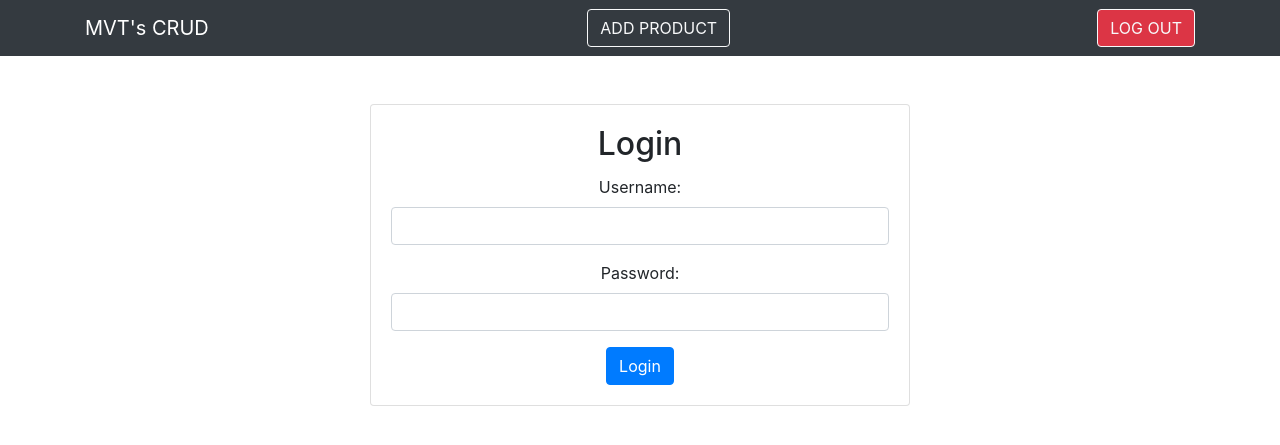
Repository: tammv/crud_product
Page: /login
An editor plug-in stored every save of this project. The page is shown before and after a run of saves, followed by the edit.
The browser window is 1280 px wide. The pictures show the whole page.
The project was rebuilt for these pictures with package versions that can differ from the ones it lists, and the page was loaded fresh each time. Also part of the build but not shown: src/index.css, src/components/pages/ManageProduct.js, src/components/products/UpdateProduct.js, src/components/products/Product.js, src/components/products/AddProduct.js.

Above is the page before, as saved 2023-07-11 02:41:27.

### src/App.js
// // import React, { useState } from "react";
// // import { BrowserRouter as Router, Route, Routes, Outlet } from "react-router-dom";
// // import ManageProduct from "./components/pages/ManageProduct";
// // import Navbar from "./components/layout/Navbar";
// // import NotFound from "./components/pages/NotFound";
// // import UpdateProduct from "./components/products/UpdateProduct";
// // import Product from "./components/products/Product";
// // import AddProduct from "./components/products/AddProduct";
// // import Login from "./components/pages/Login";
// // import "../node_modules/bootstrap/dist/css/bootstrap.css";
// // import "./App.css";

// // function App() {
// //   const [isAuthenticated, setIsAuthenticated] = useState(false);

// //   const handleLogin = () => {
// //     setIsAuthenticated(true);
// //   };

// //   return (
// //     <Router>
// //       <div className="App">
// //         <Navbar />
// //         <Routes>
// //           <Route path="/" element={isAuthenticated ? <Outlet /> : <Login handleLogin={handleLogin} />} />
// //           {isAuthenticated && (
// //             <>
// //               <Route path="/manage-product" element={<ManageProduct />} />
// //               <Route path="/products/add" element={<AddProduct />} />
// //               <Route path="/products/update/:id" element={<UpdateProduct />} />
// //               <Route path="/products/:id" element={<Product />} />
// //             </>
// //           )}
// //           <Route path="*" element={<NotFound />} />
// //         </Routes>
// //       </div>
// //     </Router>
// //   );
// // }

// // export default App;

// import React, { useState } from "react";
// import { BrowserRouter as Router, Route, Routes, Outlet } from "react-router-dom";
// import ManageProduct from "./components/pages/ManageProduct";
// import Navbar from "./components/layout/Navbar";
// import NotFound from "./components/pages/NotFound";
// import UpdateProduct from "./components/products/UpdateProduct";
// import Product from "./components/products/Product";
// import AddProduct from "./components/products/AddProduct";
// import Login from "./components/pages/Login";
// import "../node_modules/bootstrap/dist/css/bootstrap.css";
// import "./App.css";

// function App() {
//   const [isAuthenticated, setIsAuthenticated] = useState(false);

//   const handleLogin = () => {
//     setIsAuthenticated(true);
//   };

//   return (
//     <Router>
//       <div className="App">
//         {isAuthenticated && <Navbar />} {/* Navbar chỉ được hiển thị khi đã đăng nhập */}
//         <Routes>
//           <Route path="/" element={isAuthenticated ? <Outlet /> : <Login handleLogin={handleLogin} />} />
//           {isAuthenticated && (
//             <>
//               <Route path="/manage-product" element={<ManageProduct />} />
//               <Route path="/products/add" element={<AddProduct />} />
//               <Route path="/products/update/:id" element={<UpdateProduct />} />
//               <Route path="/products/:id" element={<Product />} />
//             </>
//           )}
//           <Route path="*" element={<NotFound />} />
//         </Routes>
//       </div>
//     </Router>
//   );
// }

// export default App;

import React, { useState } from "react";
import { BrowserRouter as Router, Route, Routes, Outlet } from "react-router-dom";
import ManageProduct from "./components/pages/ManageProduct";
import Navbar from "./components/layout/Navbar";
import NotFound from "./components/pages/NotFound";
import UpdateProduct from "./components/products/UpdateProduct";
import Product from "./components/products/Product";
import AddProduct from "./components/products/AddProduct";
import Login from "./components/pages/Login";
import "../node_modules/bootstrap/dist/css/bootstrap.css";
import "./App.css";

function App() {
  const [isAuthenticated, setIsAuthenticated] = useState(false);

  const handleLogin = () => {
    setIsAuthenticated(true);
  };

  return (
    <Router>
      <div className="App">
        <Navbar />
        <Routes>
          <Route path="/" element={isAuthenticated ? <Outlet /> : <Login handleLogin={handleLogin} />} />
          {isAuthenticated ? (
            <>
              <Route path="/manage-product" element={<ManageProduct />} />
              <Route path="/products/add" element={<AddProduct />} />
              <Route path="/products/update/:id" element={<UpdateProduct />} />
              <Route path="/products/:id" element={<Product />} />
            </>
          ) : (
            <Route path="/*" element={<Login handleLogin={handleLogin} />} />
          )}
          <Route path="*" element={<NotFound />} />
        </Routes>
      </div>
    </Router>
  );
}

export default App;

### src/components/layout/Navbar.js
import React from "react";
import { Link, NavLink, useNavigate } from "react-router-dom";

const Navbar = () => {
  const navigate = useNavigate();

  const handleLogout = () => {
    // Perform logout logic here
    navigate("/"); // Redirect to the login page
    window.location.reload(); // Reload the page
  };

  return (
    <nav className="navbar navbar-expand-lg navbar-dark bg-dark">
      <div className="container">
        <Link className="navbar-brand" to="/manage-product">
          MVT's CRUD
        </Link>
        <button
          className="navbar-toggler"
          type="button"
          data-toggle="collapse"
          data-target="#navbarSupportedContent"
          aria-controls="navbarSupportedContent"
          aria-expanded="false"
          aria-label="Toggle navigation"
        >
          <span className="navbar-toggler-icon"></span>
        </button>
        {/* <div className="collapse navbar-collapse">
          <ul className="navbar-nav mr-auto">
            <li className="nav-item ">
              <NavLink className="nav-link" exact to="/manage-product">
                Home
              </NavLink>
            </li>
          </ul>
        </div> */}
        <div className="collapse navbar-collapse">
          <ul className="navbar-nav ml-auto mr-auto">
            <li className="nav-item">
              <button className="btn btn-outline-light">
                <Link to="/products/add" className="text-light">
                  ADD PRODUCT
                </Link>
              </button>
            </li>
          </ul>
        </div>
        &nbsp;
        <button className="btn btn-outline-light btn-danger" onClick={handleLogout}>
          LOG OUT
        </button>
      </div>
    </nav>
  );
};

export default Navbar;

### src/components/pages/Login.js
import React, { useState } from "react";
import { useNavigate } from "react-router-dom";

const Login = ({ handleLogin }) => {
  const navigate = useNavigate();
  const [credentials, setCredentials] = useState({ username: "", password: "" });
  const [errors, setErrors] = useState({ username: "", password: "" });

  const handleInputChange = (e) => {
    setCredentials({ ...credentials, [e.target.name]: e.target.value });
  };

  const handleBlur = (e) => {
    const { name, value } = e.target;
    validateField(name, value);
  };

  const validateField = (name, value) => {
    if (!value) {
      setErrors({ ...errors, [name]: "This field is required" });
    } else {
      setErrors({ ...errors, [name]: "" });
    }
  };

  const handleLoginSubmit = async () => {
    const { username, password } = credentials;

    if (!username || !password) {
      setErrors({
        username: username ? "" : "This field is required",
        password: password ? "" : "This field is required",
      });
      return;
    }

    try {
      // Perform authentication logic
      const isAuthenticated = true; // Replace with your authentication logic

      if (isAuthenticated) {
        handleLogin(); // Call the handleLogin function passed from App component
        navigate("/manage-product"); // Navigate to the manage product page
      } else {
        setErrors({ ...errors, username: "", password: "Invalid username or password" });
      }
    } catch (error) {
      console.error(error);
      setErrors({ ...errors, username: "", password: "An error occurred while logging in" });
    }
  };

  return (
    <div className="container">
      <div className="row justify-content-center mt-5">
        <div className="col-md-6">
          <div className="card">
            <div className="card-body">
              <h2 className="card-title">Login</h2>
              <form>
                <div className="form-group">
                  <label htmlFor="username">Username:</label>
                  <input
                    type="text"
                    className={`form-control ${errors.username && "is-invalid"}`}
                    id="username"
                    name="username"
                    value={credentials.username}
                    onChange={handleInputChange}
                    onBlur={handleBlur}
                  />
                  {errors.username && <div className="invalid-feedback">{errors.username}</div>}
                </div>
                <div className="form-group">
                  <label htmlFor="password">Password:</label>
                  <input
                    type="password"
                    className={`form-control ${errors.password && "is-invalid"}`}
                    id="password"
                    name="password"
                    value={credentials.password}
                    onChange={handleInputChange}
                    onBlur={handleBlur}
                  />
                  {errors.password && <div className="invalid-feedback">{errors.password}</div>}
                </div>
                <button type="button" className="btn btn-primary" onClick={handleLoginSubmit}>
                  Login
                </button>
              </form>
            </div>
          </div>
        </div>
      </div>
    </div>
  );
};

export default Login;

### src/components/pages/NotFound.js
import React from "react";

const NotFound = () => {
  return (
    <div className="not-found">
      <h1 className="display-1">Page Not Found</h1>
    </div>
  );
};
export default NotFound;

Loaded but not shown: public/index.html (common file); src/index.js (common file); src/reportWebVitals.js (common file); src/App.css (common file)

After the next 3 saves:
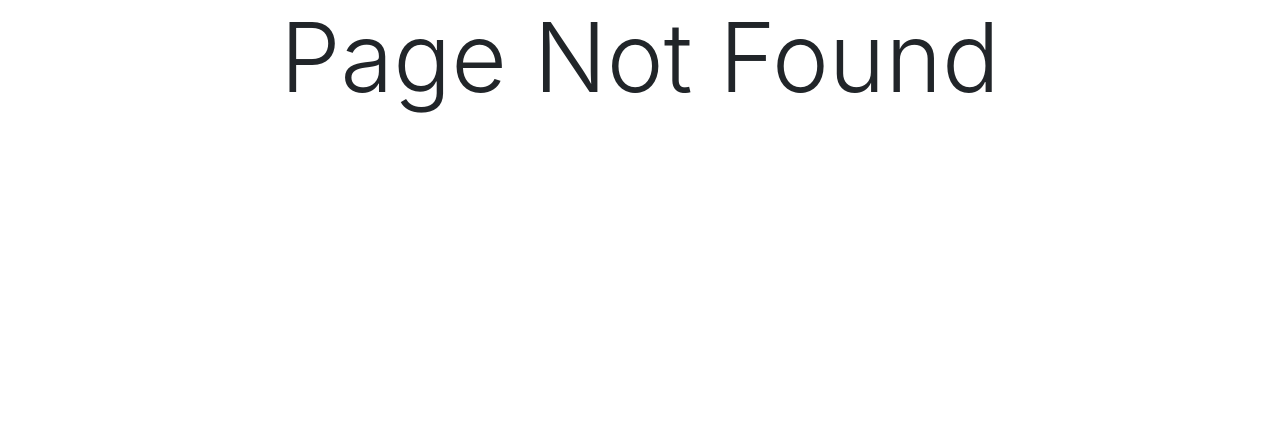
The 3 saves are shown as one change because 2 did not build or start.
The last was saved 2 min 48 s later.
--- a/src/App.js
+++ b/src/App.js
@@ -1,89 +1,5 @@
-// // import React, { useState } from "react";
-// // import { BrowserRouter as Router, Route, Routes, Outlet } from "react-router-dom";
-// // import ManageProduct from "./components/pages/ManageProduct";
-// // import Navbar from "./components/layout/Navbar";
-// // import NotFound from "./components/pages/NotFound";
-// // import UpdateProduct from "./components/products/UpdateProduct";
-// // import Product from "./components/products/Product";
-// // import AddProduct from "./components/products/AddProduct";
-// // import Login from "./components/pages/Login";
-// // import "../node_modules/bootstrap/dist/css/bootstrap.css";
-// // import "./App.css";
-
-// // function App() {
-// //   const [isAuthenticated, setIsAuthenticated] = useState(false);
-
-// //   const handleLogin = () => {
-// //     setIsAuthenticated(true);
-// //   };
-
-// //   return (
-// //     <Router>
-// //       <div className="App">
-// //         <Navbar />
-// //         <Routes>
-// //           <Route path="/" element={isAuthenticated ? <Outlet /> : <Login handleLogin={handleLogin} />} />
-// //           {isAuthenticated && (
-// //             <>
-// //               <Route path="/manage-product" element={<ManageProduct />} />
-// //               <Route path="/products/add" element={<AddProduct />} />
-// //               <Route path="/products/update/:id" element={<UpdateProduct />} />
-// //               <Route path="/products/:id" element={<Product />} />
-// //             </>
-// //           )}
-// //           <Route path="*" element={<NotFound />} />
-// //         </Routes>
-// //       </div>
-// //     </Router>
-// //   );
-// // }
-
-// // export default App;
-
-// import React, { useState } from "react";
-// import { BrowserRouter as Router, Route, Routes, Outlet } from "react-router-dom";
-// import ManageProduct from "./components/pages/ManageProduct";
-// import Navbar from "./components/layout/Navbar";
-// import NotFound from "./components/pages/NotFound";
-// import UpdateProduct from "./components/products/UpdateProduct";
-// import Product from "./components/products/Product";
-// import AddProduct from "./components/products/AddProduct";
-// import Login from "./components/pages/Login";
-// import "../node_modules/bootstrap/dist/css/bootstrap.css";
-// import "./App.css";
-
-// function App() {
-//   const [isAuthenticated, setIsAuthenticated] = useState(false);
-
-//   const handleLogin = () => {
-//     setIsAuthenticated(true);
-//   };
-
-//   return (
-//     <Router>
-//       <div className="App">
-//         {isAuthenticated && <Navbar />} {/* Navbar chỉ được hiển thị khi đã đăng nhập */}
-//         <Routes>
-//           <Route path="/" element={isAuthenticated ? <Outlet /> : <Login handleLogin={handleLogin} />} />
-//           {isAuthenticated && (
-//             <>
-//               <Route path="/manage-product" element={<ManageProduct />} />
-//               <Route path="/products/add" element={<AddProduct />} />
-//               <Route path="/products/update/:id" element={<UpdateProduct />} />
-//               <Route path="/products/:id" element={<Product />} />
-//             </>
-//           )}
-//           <Route path="*" element={<NotFound />} />
-//         </Routes>
-//       </div>
-//     </Router>
-//   );
-// }
-
-// export default App;
-
 import React, { useState } from "react";
-import { BrowserRouter as Router, Route, Routes, Outlet } from "react-router-dom";
+import { BrowserRouter as Router, Route, Routes, Outlet, useLocation } from "react-router-dom";
 import ManageProduct from "./components/pages/ManageProduct";
 import Navbar from "./components/layout/Navbar";
 import NotFound from "./components/pages/NotFound";
@@ -104,18 +20,18 @@ function App() {
   return (
     <Router>
       <div className="App">
-        <Navbar />
         <Routes>
           <Route path="/" element={isAuthenticated ? <Outlet /> : <Login handleLogin={handleLogin} />} />
           {isAuthenticated ? (
             <>
+              <Navbar />
               <Route path="/manage-product" element={<ManageProduct />} />
               <Route path="/products/add" element={<AddProduct />} />
               <Route path="/products/update/:id" element={<UpdateProduct />} />
               <Route path="/products/:id" element={<Product />} />
             </>
           ) : (
-            <Route path="/*" element={<Login handleLogin={handleLogin} />} />
+            <Route path="/" element={<Login handleLogin={handleLogin} />} />
           )}
           <Route path="*" element={<NotFound />} />
         </Routes>
